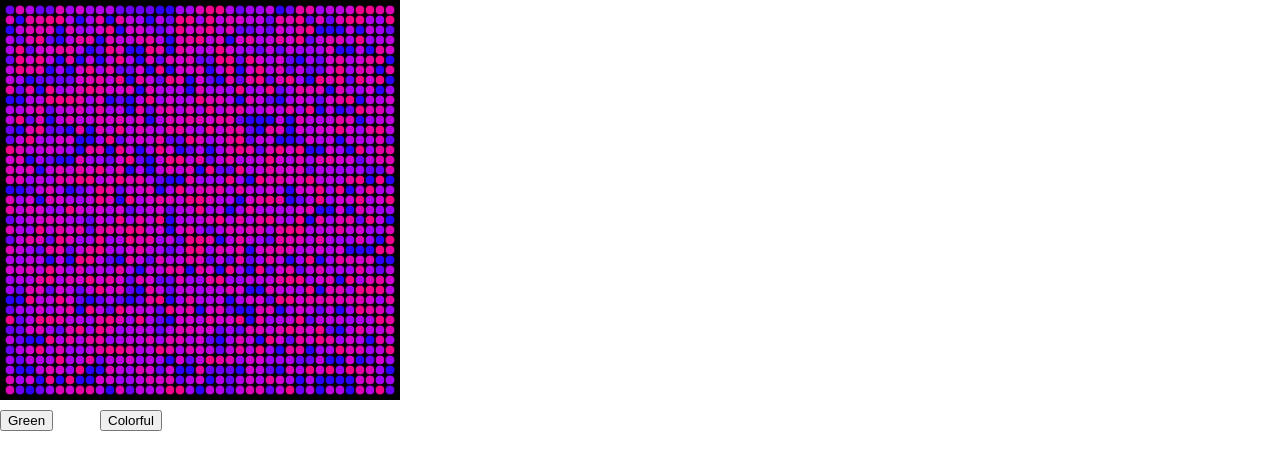
Repository: patriciqa/GenComp
Page: content/day02/pattern/index.html
These files come from the project's save history. The page is drawn as it stood at one moment and after the next save; the edit follows.
The browser window is 1280 px wide. The pictures show the whole page.

Above is the page before, as saved 2021-09-30 11:58:03.

After the next save:
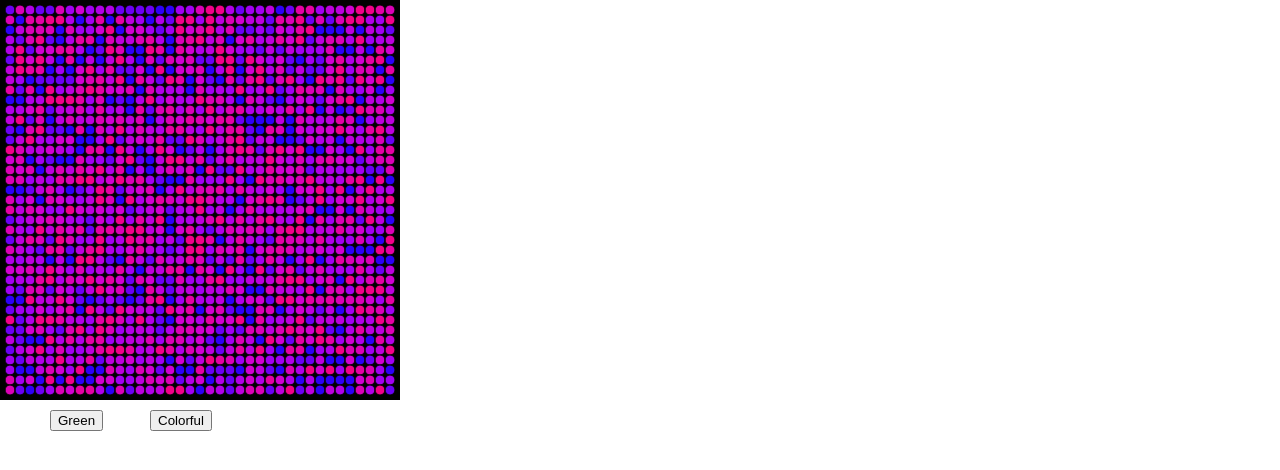
Saved 31 s later.
--- a/content/day02/pattern/circlePattern.js
+++ b/content/day02/pattern/circlePattern.js
@@ -30,10 +30,10 @@ function setup() {
   stroke(0)
   frameRate(5)
   greenbButton = createButton('Green');
-  greenbButton.position(0, 410);
+  greenbButton.position(50, 410);
   greenbButton.mousePressed(changeColor('green'));
   colorButton = createButton('Colorful');
-  colorButton.position(100, 410);
+  colorButton.position(150, 410);
   colorButton.mousePressed(changeColor('colorful'));
 }
 
